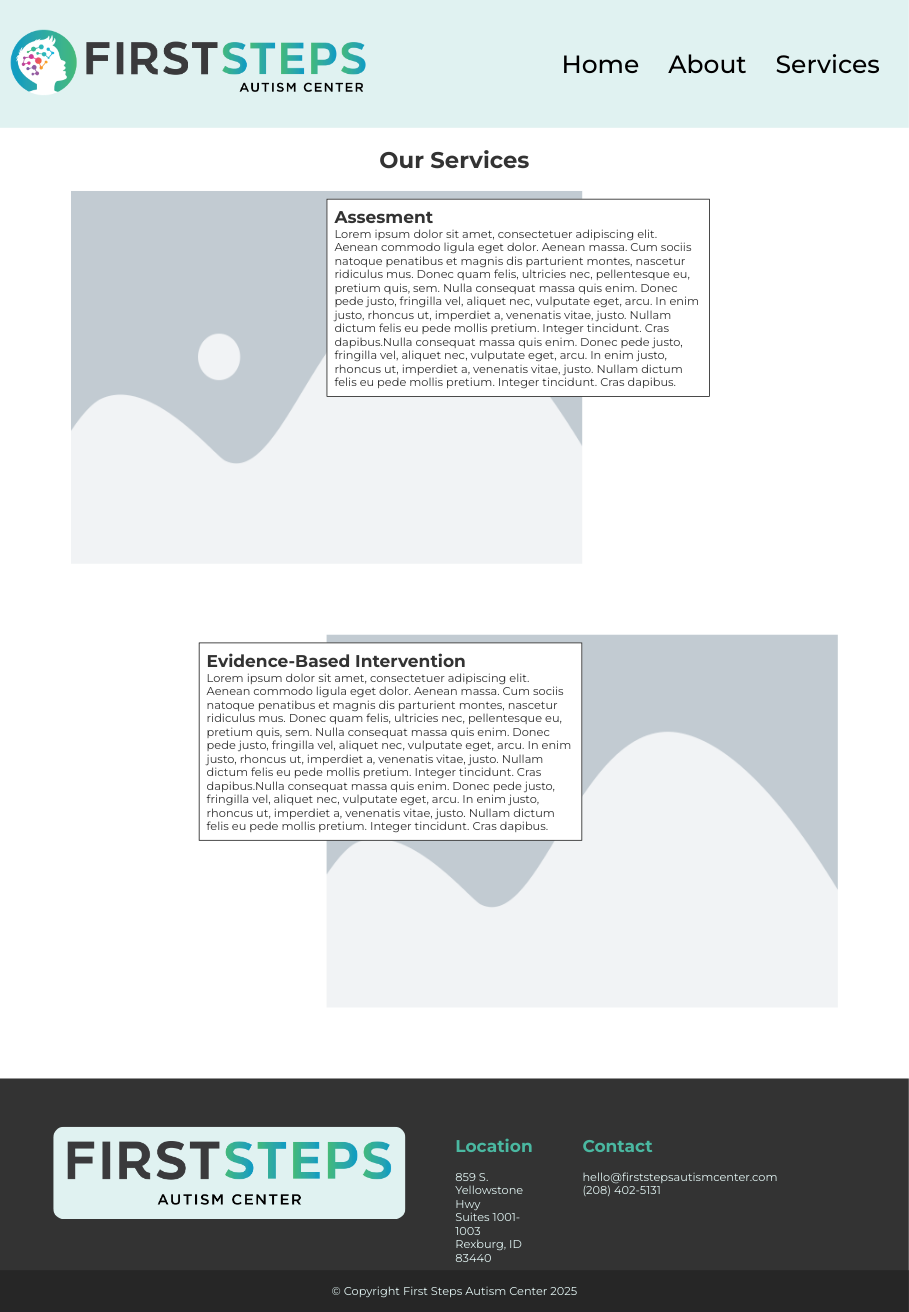
Repository: LordHaphestus/firstStepsAutism
Page: services.html
The author's editor kept a copy of each file at every save. The page is drawn from the files as they stood at one save, then again after the next save.
The browser window is 1280 px wide. The pictures show the whole page, at 71% of full size.

Above is the page before, as saved 2026-02-17 21:43:40.

After the next save:
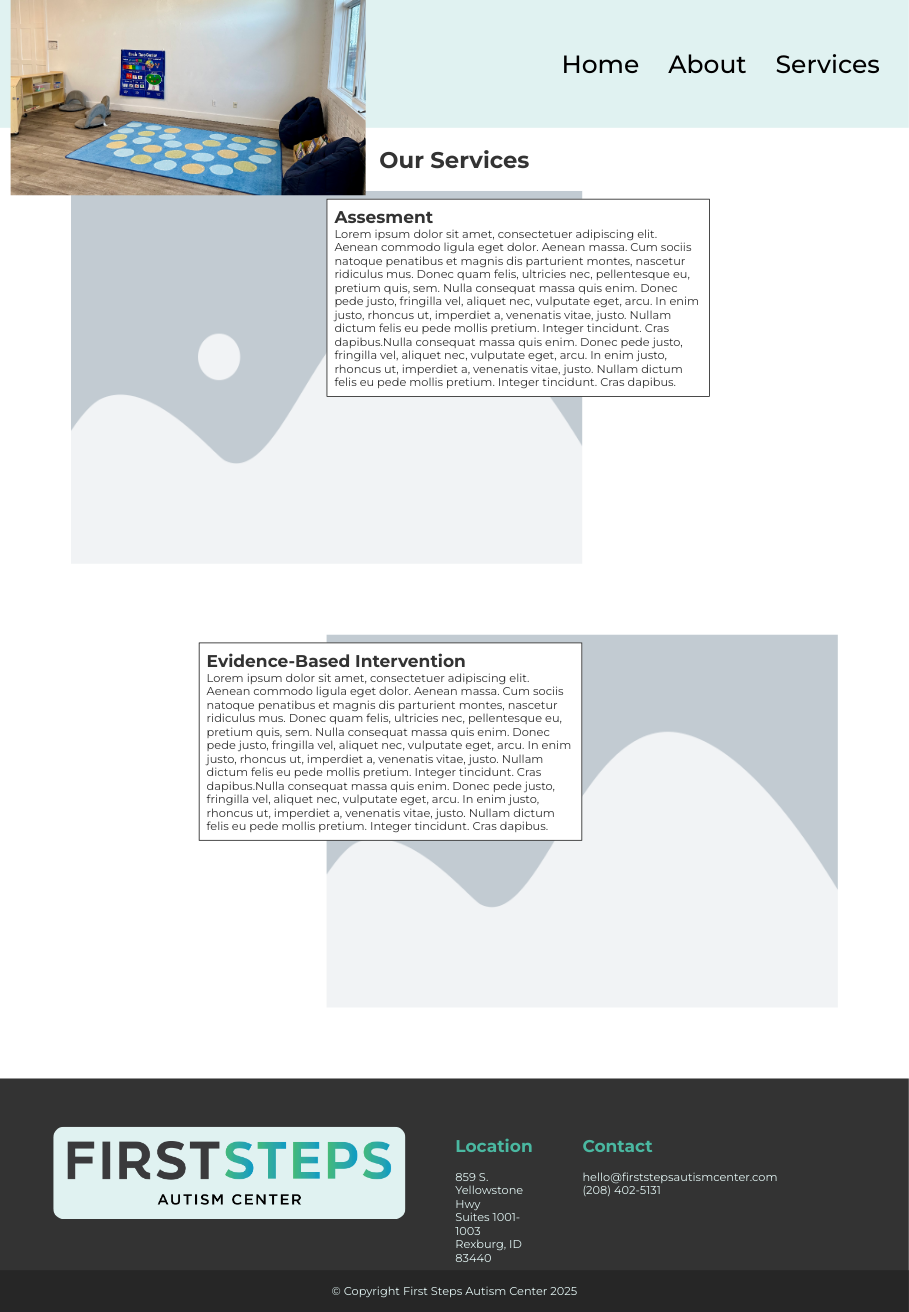
Saved 5 min 14 s later.
--- a/services.html
+++ b/services.html
@@ -8,7 +8,7 @@
 </head>
 <body>
     <header>
-        <a href="index.html" id="logo"><img src="images/horizontalLogoColor.png" alt="First Steps Autism Logo"></a>
+        <a href="index.html" id="logo"><img src="images/IMG_3628.jpeg" alt="First Steps Autism Logo"></a>
         <nav>
             <a href="index.html">Home</a>
             <a href="about.html">About</a>
